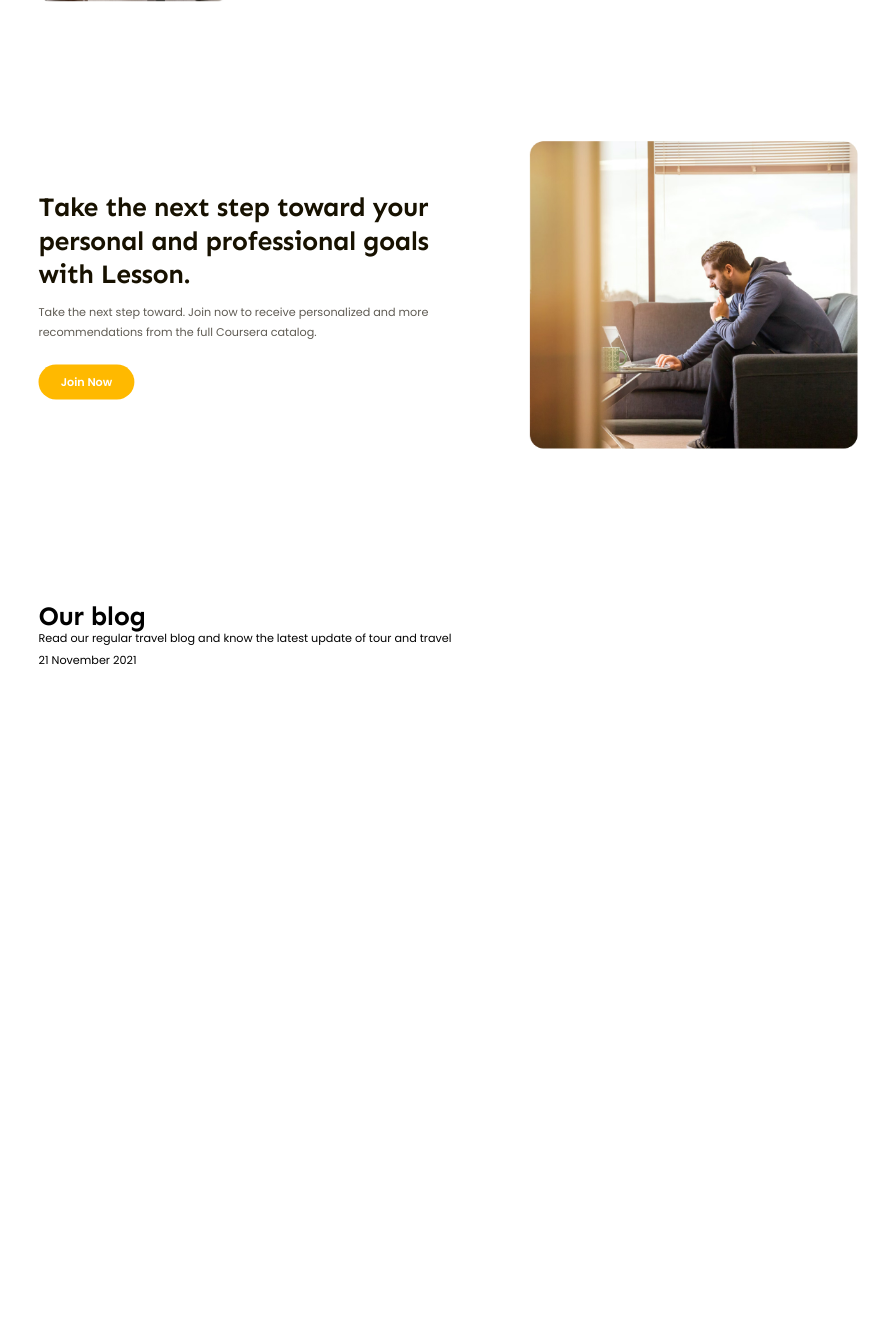
Repository: Toihoclaptrinh/duan1_figma
Page: index.html
An editor plug-in stored every save of this project. The page is shown before and after the next save, followed by the edit.
The browser window is 1280 px wide. The pictures show the part of the page from y = 2984 to 4904 px (the page is 10000 px tall), at 70% of full size.

Above is the page before, as saved 2024-02-17 02:31:25.

### index.html
<!DOCTYPE html>
<html lang="en">
  <head>
    <meta charset="UTF-8" />
    <meta name="viewport" content="width=device-width, initial-scale=1.0" />
    <!-- reset css -->
    <link rel="stylesheet" href="./assets/css/reset.css" />
    <!-- embet font -->
    <link rel="preconnect" href="https://fonts.googleapis.com" />
    <link rel="preconnect" href="https://fonts.gstatic.com" crossorigin />
    <link
      href="https://fonts.googleapis.com/css2?family=Poppins:ital,wght@0,400;0,500;0,600;0,700;1,400&family=Sen:wght@700&display=swap"
      rel="stylesheet"
    />

    <!-- style css -->
    <link rel="stylesheet" href="./assets/css/style.css" />

    <title>Figma</title>
  </head>
  <body style="height: 10000px">
    <!-- header -->
    <header class="header fixed">
      <div class="main-content">
        <div class="body">
          <!-- logo -->
          <img src="./assets/icon/Lesson..svg" alt="Lesson" />
          <!-- navigation -->
          <nav class="nav">
            <ul>
              <li class="active">
                <a href="#!">Home</a>
              </li>
              <li>
                <a href="#!">Courses</a>
              </li>
              <li>
                <a href="#!">Pricing</a>
              </li>
              <li>
                <a href="#!">Reviews</a>
              </li>
            </ul>
          </nav>
          <!-- btn action -->
          <div class="action">
            <a href="#!" class="btn btn-sign-up">Sign Up</a>
          </div>
        </div>
      </div>
    </header>

    <main>
       <!-- code phần hero -->
      <div class="hero">
        <div class="main-content">
          <div class="body">
            <!-- hero left -->
            <div class="media-block">
              <img
                src="./assets/img/guy-lesson 1.jpg"
                alt="ảnh minh họa"
                class="img"
              />
              <div class="hero-summary">
                <!-- item 1 -->
                <div class="item">
                  <div class="icon">
                    <img src="./assets/icon/Design.svg" alt="icon design" />
                  </div>
                  <div class="info">
                    <p class="label">20 Courses</p>
                    <p class="title">UI/UX Design</p>
                  </div>
                </div>
                <!-- item 2 -->
                <div class="item">
                  <div class="icon icon2">
                    <img src="./assets/icon/Dev.svg" alt="icon dev" />
                  </div>
                  <div class="info">
                    <p class="label">20 Courses</p>
                    <p class="title">Development</p>
                  </div>
                </div>
                <!-- item 3 -->
                <div class="item">
                  <div class="icon icon3">
                    <img src="./assets/icon/Mark.svg" alt="icon marketing" />
                  </div>
                  <div class="info">
                    <p class="label">30 Courses</p>
                    <p class="title">Marketing</p>
                  </div>
                </div>
              </div>
            </div>
              <!-- hero-right -->
              <div class="contain-block">
                <h1 class="heading">
                  Learn without limits and spread knowledge.
                </h1>
                <p class="desc">
                  Build new skills for that “this is my year” feeling with
                  courses, certificates, and degrees from world-class
                  universities and companies.
                </p>
                <div class="cta-group">
                  <a href="#!" class="btn">See Courses</a>
                  <button class="watch-video">
                    <div class="icon">
                      <img src="./assets/icon/Polygon 2.svg" alt="play video" />
                    </div>
                    <span>Watch Video</span>
                  </button>
                </div>
                <p class="desc descRecent">Recent engagement</p>
                <p class="desc descstrong" >
                  <strong>50K</strong> Students <strong>70+</strong> Courses
                </p>
              </div>
          </div>
        </div>
        </div>
      </div>
       <!-- code phần pupular -->
      <div class="popular">
        <div class="main-content">
          <div class="pupular-top">
            <!-- khối bên trái  -->
            <div class="info">
              <h2 class="heading-lv2">Our popular courses</h2>
              <p class="desc">Build new skills with new trendy courses and shine for the next future career.</p>
            </div>
              <div class="controls">
                <button class="control-btn">
                  <svg width="8" height="14" viewBox="0 0 8 14" fill="none" xmlns="http://www.w3.org/2000/svg">
                    <path d="M7 1L1 7L7 13" stroke="currentColor" stroke-linecap="round" stroke-linejoin="round"/>
                    </svg>
                </button>
                <button class="control-btn">
                  <svg width="8" height="14" viewBox="0 0 8 14" fill="none" xmlns="http://www.w3.org/2000/svg">
                    <path d="M1 1L7 7L1 13" stroke="currentColor" stroke-linecap="round" stroke-linejoin="round"/>
                    </svg>
                </button>
              </div>
          </div>
          <div class="courses-list">
            <!-- khối thứ 1  -->
            <div class="courses-item">
              <a href="#!"><img src="./assets/img/thumb.jpg" alt="Basic web design" class="thumb"></a>
              <div class="info">
                <div class="head">
                  <h3 class="title"><a href="#!">Basic web design</a></h3>
                  <div class="rating">
                      <img src="./assets/icon/Star.svg" alt="star" class="star">
                      <span class="value">4.5</span>
                   </div>
                </div>

              <div class="desc">
                <p>Get the best course, gain knowledge and shine for your future career.</p>
              </div>
              <div class="foot">
                <span class="price">$120.75</span>
                <button class="btn">Book Now</button>
              </div>
            </div>
          </div>
            <!-- khối thứ 2 -->
            <div class="courses-item">
             <a href="#!"> <img src="./assets/img/thum2.jpg" alt="UI/UX design" class="thumb"></a>
              <div class="info">
                <div class="head">
                  <h3 class="title"><a href="#!">UI/UX design</a></h3>
                  <div class="rating">
                    <img src="./assets/icon/Star.svg" alt="star" class="star">
                      <span class="value">4.5</span>
                   </div>
                </div>

              <div class="desc">
                <p>Get the best course, gain knowledge and shine for your future career.</p>
              </div>
              <div class="foot">
                <span class="price">$120.75</span>
                <button class="btn">Book Now</button>
              </div>
            </div>
          </div>
            <!-- khối thứ 3 -->
            <div class="courses-item">
              <a href="#!"><img src="./assets/img/thumb3.png" alt="Web App design" class="thumb"></a>
              <div class="info">
                <div class="head">
                  <h3 class="title"><a href="#!">Web App design</a></h3>
                  <div class="rating">
                    <img src="./assets/icon/Star.svg" alt="star" class="star">
                      <span class="value">4.5</span>
                   </div>
                </div>
                <div class="desc">
                  <p>Get the best course, gain knowledge and shine for your future career.</p>
                </div>
                <div class="foot">
                  <span class="price">$120.75</span>
                  <button class="btn">Book Now</button>
                </div>
            </div>
          </div>
        </div>
        </div>
    </div>
      <!-- code phần feedback -->
    <div class="feedback">
        <div class="main-content">
          <div class="feedback-list">
            <!-- item 1 -->
            <div class="feedback-items">
              <!-- khối bên trái -->
                <div class="info">
                  <img src="./assets/img/avatar.jpg" alt="avatar" class="avatar">
                  <p class="name">Peter Moor</p>
                  <p class="desc">Student of Web Design</p>
                  <div class="dots">
                    <span class="dot active"></span>
                    <span class="dot"></span>
                    <span class="dot"></span>
                  </div>
                </div>
                <!-- khối bên phải -->
                <div class="describe">
                  <img src="./assets/icon/quotes.svg" alt="quotes" class="quotes">
                  <p class="desc"> Not only does my resume look impressive—filled with the names and logos of
                    world-class institutions—but these certificates also bring me closer to my career goals by
                    validating the skills I've learned." </p>
                </div>
            </div>
            <!-- item 2 -->
            <div class="feedback-items">
              <!-- khối bên trái -->
                <div class="info">
                  <img src="./assets/img/avatar.jpg" alt="avatar" class="avatar">
                  <p class="name">Peter Moor</p>
                  <p class="desc">Student of Web Design</p>
                  <div class="dots">
                    <span class="dot"></span>
                    <span class="dot active"></span>
                    <span class="dot"></span>
                  </div>
                </div>
                <!-- khối bên phải -->
                <div class="describe">
                  <img src="./assets/icon/quotes.svg" alt="quotes" class="quotes">
                  <p class="desc"> Not only does my resume look impressive—filled with the names and logos of
                    world-class institutions—but these certificates also bring me closer to my career goals by
                    validating the skills I've learned." </p>
                </div>
            </div>
            <!-- item 3 -->
            <div class="feedback-items">
              <!-- khối bên trái -->
                <div class="info">
                  <img src="./assets/img/avatar.jpg" alt="avatar" class="avatar">
                  <p class="name">Peter Moor</p>
                  <p class="desc">Student of Web Design</p>
                  <div class="dots">
                    <span class="dot"></span>
                    <span class="dot"></span>
                    <span class="dot active"></span>
                  </div>
                </div>
                <!-- khối bên phải -->
                <div class="describe">
                  <img src="./assets/icon/quotes.svg" alt="quotes" class="quotes">
                  <p class="desc"> Not only does my resume look impressive—filled with the names and logos of
                    world-class institutions—but these certificates also bring me closer to my career goals by
                    validating the skills I've learned." </p>
                </div>
            </div>
          </div>
        </div>
    </div>
    <div class="features">
      <div class="main-content">
        <div class="body">
          <div class="images">
            <img class="lower" src="./assets/img/features1.jpg" alt="minh họa">
            <img class="upper" src="./assets/img/features2.jpg" alt="minh họa">
          </div>
        <div class="contain">
          <h2 class="heading-lv2">Learner outcomes through our awesome platform</h2>
          <p class="desc">87% of people learning for professional development report career benefits like
            getting a promotion, a raise, or starting a new career.</p>
          <p class="desc">Lesson Impact Report (2022)</p>
          <a href="" class="btn">Sign Up</a>
        </div>
      </div>
      </div>
    </div>
    <div class="features2">
      <div class="main-content">
        <div class="body">
          <div class="content">
            <h2 class="f-heading">Take the next step toward your personal and professional goals with Lesson.</h2>
            <p class="desc">Take the next step toward. Join now to receive personalized  and more recommendations from the full Coursera catalog.</p>
            <a href="" class="btn">Join Now</a>
          </div>
          <img src="./assets/img/Rectangle 11.jpg" alt="minh họa" class="left-img">
        </div>
      </div>
    </div>
    <div class="blogs">
      <div class="main-content">
        <div class="blog-top">
          <h2 class="heading-lv2">Our blog</h2>
          <p class="desc">Read our regular travel blog and know the latest update of tour and travel</p>
        </div>
        <div class="blog-list">
          <!-- item1 -->
          <div class="blog-item">
            <img src="" alt="" class="thumb">
            <div class="blog-content">
              <p class="date">21 November 2021</p>
            </div>
          </div>
        </div>
      </div>
    </div>
    </main>
  </body>
</html>

### assets/css/style.css
/* font
 font-family: 'Poppins', sans-serif;
font-family: 'Sen', sans-serif;
 */

/* Phần code chung */

:root {
  --font-heading: "Sen", sans-serif;
  --primary-color: #ffb900;
}

* {
  box-sizing: border-box;
}
html {
  font-size: 62.5%;
}
body {
  font-size: 1.6rem;
  font-family: "Poppins", sans-serif;
}

a {
  text-decoration: none;
}

.heading-lv2 {
  font-family: var(--font-heading);
  font-size: 3.8rem;
  font-weight: 700;
  line-height: 1.27;
  letter-spacing: -0.76px;
}

/* code phần khối giao diện */
.main-content {
  width: 1170px;
  margin-left: auto;
  margin-right: auto;
  max-width: calc(100% - 48px);
}

/* Phần header */
.header {
  background: #fffcf4;
}
.header.fixed {
  position: sticky;
  /* phần phía trên sign up cách phía trên 8px cho bằng với phần bên dưới,nên để top -28px(36px-8),để âm 28 để cho phần
  thừa ra bị ẩn đi */
  top: -28px;
  z-index: 1;
}

.header .body {
  display: flex;
  align-items: center;
  padding: 36px 0px 8px;
}

.nav ul {
  display: flex;
}
.nav {
  margin-left: auto;
}

/* Thanh điều hướng */
.nav a {
  position: relative;
  color: #5f5b53;
  font-size: 1.6rem;
  padding: 8px 21px;
}

/* Dùng shadow tạo hiệu ứng in đậm khi hover  */
.nav li.active a,
.nav a:hover {
  color: #171100;
  text-shadow: 1px 0px 0px currentColor;
}

/* tạo dấu gạch chân dưới Home */
.nav li.active a::after {
  left: 21px;
  bottom: 6px;
  position: absolute;
  display: block;
  content: "";
  width: 12px;
  height: 2px;
  border-radius: 1px;
  background: #171100;
}

/* sign-up  */
.btn {
  display: inline-block;
  line-height: 50px;
  padding: 0 16px;
  min-width: 118px;
  color: #fff;
  text-align: center;
  font-weight: 600;
  border-radius: 999px;
  background: #171100;
}

.btn:hover {
  opacity: 0.9;
}

.header .btn-sign-up {
  min-width: 144px;
}

.header .action {
  margin-left: 49px;
}

/* phần hero  */

.hero {
  padding: 56px 0 65px;
  background-color: #fffcf4;
}

.hero .body {
  display: flex;
}

/* =========== hero left ================== */

.hero .media-block {
  width: 48%;
  position: relative;
}

.hero .media-block .img {
  width: 470px;
  height: 685px;
  object-fit: cover;
  border-radius: 20px;
}

.hero .hero-summary {
  width: 270px;
  padding: 24px;
  position: absolute;
  bottom: 48px;
  left: 300px;
  border-radius: 20px;
  background-color: #ffffff;
}

.hero-summary .item {
  display: flex;
  align-items: center;
}

.hero-summary .item + .item {
  margin-top: 22px;
}

.hero-summary .icon {
  width: 48px;
  height: 48px;
  border-radius: 50%;
  display: flex;
  justify-content: center;
  background-color: #fff9e8;
}

.hero-summary .icon2 {
  background-color: #fcefff;
}

.hero-summary .icon2 {
  background-color: #ebeaff;
}

.hero-summary .info {
  margin-left: 16px;
}

.hero-summary .info .label {
  font-size: 1.4rem;
  line-height: 1.86;
  color: #5f5b53;
}

.hero-summary .info .title {
  font-size: 1.4rem;
  color: #171100;
  line-height: 1.67;
  font-weight: 600;
}

/* =============== hero right ======= */

.hero .contain-block {
  width: 52%;
  padding-left: 130px;
  padding-top: 64px;
}

.hero .heading {
  color: #171100;
  font-family: var(--font-heading);
  font-size: 5.8rem;
  font-weight: 700;
  line-height: 1.17;
  letter-spacing: -1.16px;
}

.hero .desc {
  margin-top: 22px;
  font-size: 1.8rem;
  line-height: 1.67;
  color: #5f5b53;
}

.hero .cta-group {
  display: flex;
  margin-top: 38px;
  align-items: center;
}

.hero .btn {
  min-width: 180px;
  background-color: var(--primary-color);
  line-height: 64px;
}

.hero .watch-video {
  margin-left: 28px;
  border: none;
  background-color: transparent;
  display: flex;
  align-items: center;
  cursor: pointer;
}

.hero .watch-video .icon {
  width: 40px;
  height: 40px;
  background-color: #ffffff;
  border-radius: 40px;
  display: flex;
  align-items: center;
  justify-content: center;
  box-shadow: rgba(67, 71, 85, 0.27) 0px 0px 0.25em,
    rgba(90, 125, 188, 0.05) 0px 0.25em 1em;
}

.hero .watch-video span {
  margin-left: 14px;
  font-size: 1.8rem;
  font-weight: 600;
  line-height: 1.67;
}

.hero .descRecent {
  margin-top: 48px;
}

.hero .descstrong strong {
  font-family: var(--font-heading);
  font-size: 4.4rem;
  font-weight: 700;
  line-height: 1.23;
  color: #171100;
  margin-right: 15px;
}

.hero .descstrong {
  margin-top: 8px;
}

.hero .descstrong strong:nth-child(2) {
  margin-left: 28px;
}

.popular {
  padding: 65px 0px 55px;
  margin-top: 135px;
}

.pupular-top {
  display: flex;
  justify-content: space-between;
}

.pupular-top .desc {
  width: 458px;
  color: #5f5b53;
  font-size: 1.8rem;
  font-weight: 400;
  line-height: 1.67;
  margin-top: 16px;
}

.pupular-top .controls {
  display: flex;
  gap: 18px;
}

.pupular-top .control-btn {
  background-color: transparent;
  width: 40px;
  height: 40px;
  border: 1px solid var(--primary-color);
  border-radius: 50%;
  display: flex;
  justify-content: center;
  align-items: center;
  color: #ffb900;
}

.pupular-top .control-btn:hover {
  background-color: #ffb900;
  color: #ffffff;
  cursor: pointer;
}

.popular .courses-list {
  display: flex;
  margin-top: 55px;
  justify-content: space-between;
  gap: 30px;
}

.popular .courses-list .courses-item {
  flex: 1;
  max-width: 370px;
  height: 466px;
  border-radius: 12px;
  border: 1px solid #e2dfda;
}

.popular .courses-list .courses-item:hover {
  box-shadow: 0px 18px 36px 0px #0000000d;
  border: none;
}
.popular .courses-item .thumb {
  width: 100%;
  height: 278px;
  object-fit: cover;
}

.popular .courses-item .info {
  margin: 16px 22px 22px;
}

.popular .courses-item .head {
  display: flex;
  align-items: center;
  justify-content: space-between;
}

.popular .courses-item .title a {
  color: #171100;
  font-family: var(--font-heading);
  font-size: 1.8rem;
  font-weight: 600;
  line-height: 1.67;
}

.courses-item .head .value {
  font-size: 1.6rem;
  font-weight: 400;
  line-height: 1.75;
  color: #fea31b;
  margin-left: 6px;
}

.popular .courses-item .desc {
  font-size: 1.4rem;
  font-weight: 400;
  line-height: 1.86;
  color: #5f5b53;
  margin-top: 6px;
}

.popular .courses-item .foot {
  display: flex;
  align-items: center;
  justify-content: space-between;
  margin: 12px 0px 22px;
}

.popular .courses-item .foot .price {
  font-size: 1.8rem;
  font-weight: 600;
  line-height: 1.67;
}

.popular .courses-item .foot .btn {
  border: none;
}

.courses-item .foot .btn:hover {
  background-color: #ffb900;
  color: #ffffff;
  cursor: pointer;
}

/* code phần feedback */

.feedback {
  background-color: #2e2100;
  margin-top: 135px;
  padding: 96px 0px;
}

.feedback .feedback-list {
  display: flex;
  overflow: hidden;
}

.feedback .feedback-items {
  display: flex;
  flex-shrink: 0;
  max-width: 100%;
}

/* code khối bên trái */

/* .feedback .info {
  width: 159px;
} */

.feedback .info .avatar {
  border-radius: 50%;
  height: 72px;
  width: 72px;
  object-fit: cover;
}

.feedback .info .name {
  font-family: var(--font-heading);
  font-size: 2.4rem;
  font-weight: 700;
  line-height: 1.42;
  color: #f7f7f7;
  margin-top: 18px;
}

.feedback .info .desc {
  font-size: 1.4rem;
  font-weight: 400;
  line-height: 1.86;
  color: #bfbcb2;
  margin-top: 4px;
}

.feedback .info .dots {
  display: flex;
  width: 30px;
  gap: 6px;
  margin-top: 28px;
}

.feedback .info .dot {
  width: 6px;
  height: 6px;
  border-radius: 50%;
  background-color: #634700;
  cursor: pointer;
}

.feedback .info .dot.active {
  background-color: var(--primary-color);
  cursor: default;
}

/* code khối bên phải */
.feedback .describe {
  width: 66%;
  margin-left: 241px;
}

.feedback .describe .desc {
  font-size: 2.6rem;
  font-style: italic;
  line-height: 1.54;
  color: #ffffff;
  padding-left: 36px;
}

/* code phần features */

.features {
  margin-top: 200px;
}

.features .body {
  display: flex;
}

/* code khối bên trái */

.features .images {
  max-width: 48.72%;
  display: flex;
  gap: 30px;
}

.features .images image {
  height: 405px;
  width: 270px;
  border-radius: 16px;
  object-fit: cover;
}

.features .images .lower {
  margin-top: 34px;
}

.features .images .upper {
  margin-bottom: 34px;
}

/* code khối bên phải  */
.features .contain {
  max-width: 51.28%;
  padding-left: 130px;
}

.features .contain .heading-lv2 {
  padding-top: 58px;
}

.features .contain .desc {
  margin-top: 16px;
  font-size: 1.6rem;
  line-height: 1.75;
  color: #5f5b53;
}

.features .contain .btn {
  margin-top: 32px;
  min-width: 137px;
  background-color: #ffb900;
  color: #ffffff;
}

/* code phần features 2 */

.features2 {
  margin-top: 140px;
  padding: 60px 0px;
}

.features2 .body {
  display: flex;
}

.features2 .content {
  padding: 71px 130px 225px 0px;
}

.features2 .content .f-heading {
  color: #171100;
  font-family: var(--font-heading);
  font-size: 3.8rem;
  font-weight: 700;
  line-height: 1.26;
  letter-spacing: -0.76px;
}

.features2 .content .desc {
  color: #5f5b53;
  font-size: 1.6rem;
  font-weight: 400;
  line-height: 1.75;
  margin-top: 16px;
}

.features2 .content .btn {
  margin-top: 32px;
  min-width: 137px;
  background-color: #ffb900;
}

.features2 .left-img {
  height: 100%;
  width: 40%;
  object-fit: contain;
}

Loaded but not shown: assets/css/reset.css (common file)

After the next save:
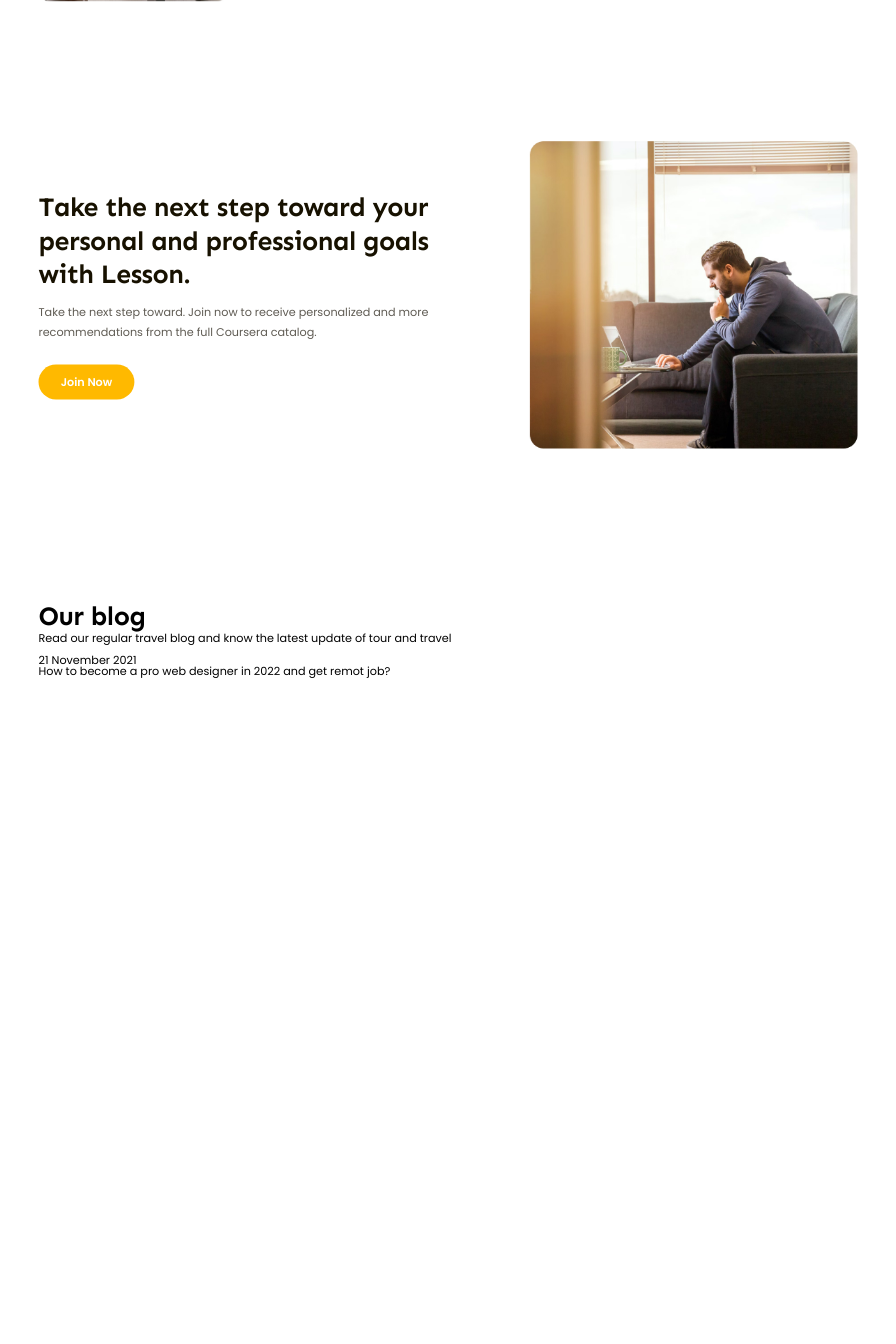
Saved 28 s later.
--- a/index.html
+++ b/index.html
@@ -322,6 +322,7 @@
             <img src="" alt="" class="thumb">
             <div class="blog-content">
               <p class="date">21 November 2021</p>
+              <h3 class="title">How to become a pro web designer in 2022 and get remot job?</h3>
             </div>
           </div>
         </div>
